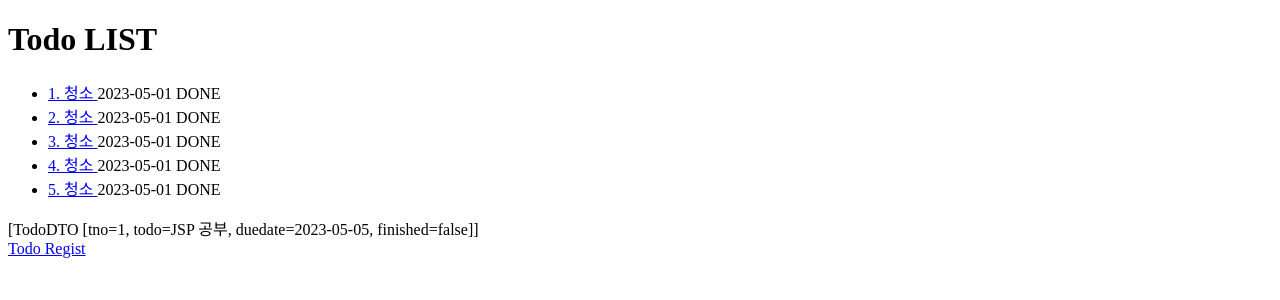
Repository: BEC1245/jsp-servlet-webService
Page: http://localhost/todoList/todo/list
An editor plug-in stored every save of this project. The page is shown before and after the next save, followed by the edit.
The browser window is 1280 px wide. The pictures show the whole page.
The page is served by Tomcat 9. The database holds what the project's SQL file puts in it.

Above is the page before, as saved 2023-05-02 01:13:30.

After the next save:
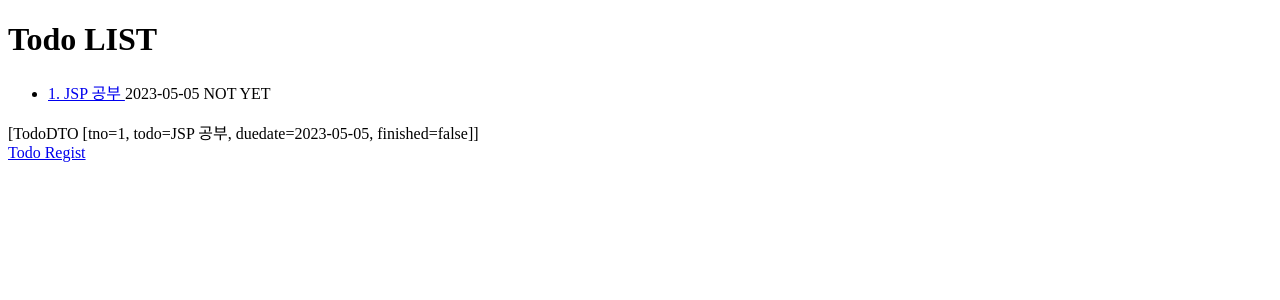
Saved 33 min 45 s later.
--- a/web-practice/todoList/src/main/webapp/WEB-INF/views/todo/list.jsp
+++ b/web-practice/todoList/src/main/webapp/WEB-INF/views/todo/list.jsp
@@ -1,5 +1,7 @@
 <%@ page language="java" contentType="text/html; charset=EUC-KR"
     pageEncoding="EUC-KR"%>
+
+    <%@ taglib prefix="c" uri="http://java.sun.com/jsp/jstl/core"%>
 <!DOCTYPE html>
 <html>
 <head>
@@ -11,12 +13,10 @@
 	<h1>Todo LIST</h1>
 
 	<ul>
-		<li><a href="${pageContext.request.contextPath}/todo/read?no=1">1. 청소 </a> 2023-05-01 DONE </li>
-		<li><a href="${pageContext.request.contextPath}/todo/read?no=2">2. 청소 </a> 2023-05-01 DONE </li>
-		<li><a href="${pageContext.request.contextPath}/todo/read?no=3">3. 청소 </a> 2023-05-01 DONE </li>
-		<li><a href="${pageContext.request.contextPath}/todo/read?no=4">4. 청소 </a> 2023-05-01 DONE </li>
-		<li><a href="${pageContext.request.contextPath}/todo/read?no=5">5. 청소 </a> 2023-05-01 DONE </li>
 
+		<c:forEach items="${todoList}" var="todo">
+			<li><a href="${pageContext.request.contextPath}/todo/read?no=${todo.tno}">${todo.tno}. ${todo.todo} </a> ${todo.duedate} ${finished ? 'DONE' : 'NOT YET' } </li>
+		</c:forEach>
 	</ul>
 
 	<div>
